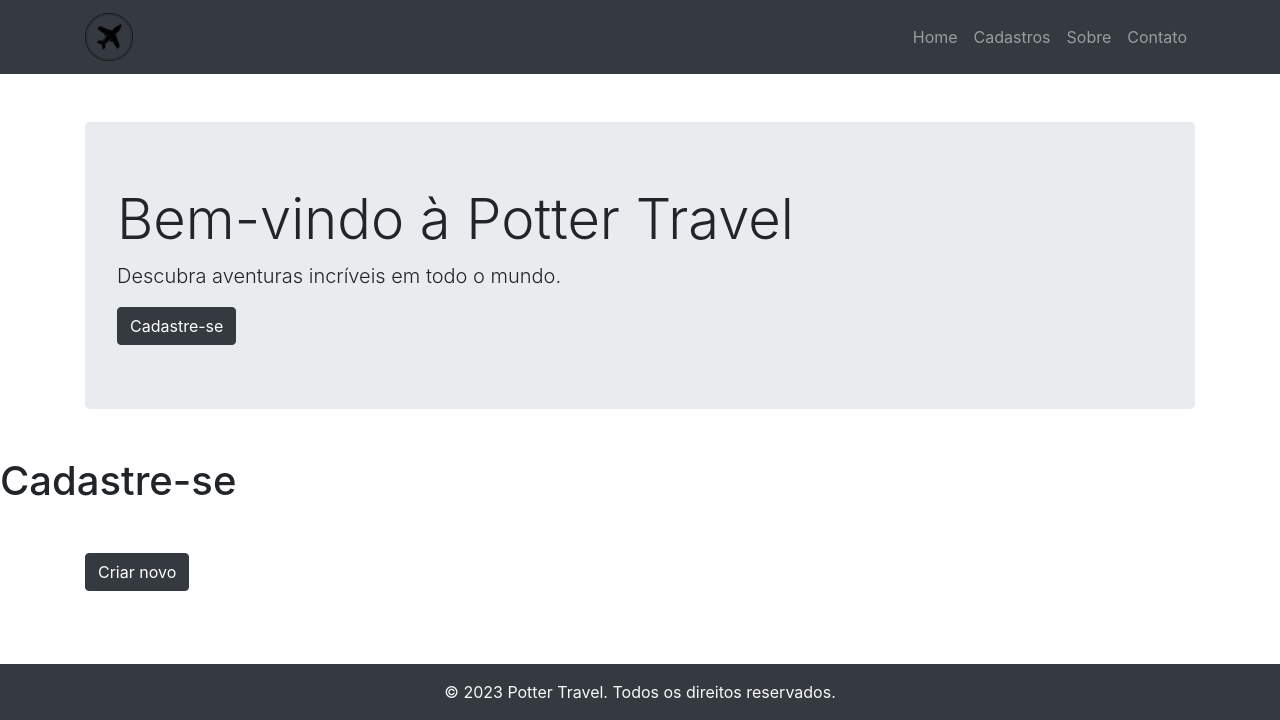
Repository: marcelledssantos/PotterTravel-MVC
Page: PotterTravel-MVC/src/main/webapp/index.html
The author's editor kept a copy of each file at every save. The page is drawn from the files as they stood at one save, then again after the next save.
The browser window is 1280 px wide. The pictures show the whole page.
Some web libraries are served in a nearby version.

Above is the page before, as saved 2023-11-02 18:04:08.

After the next save:
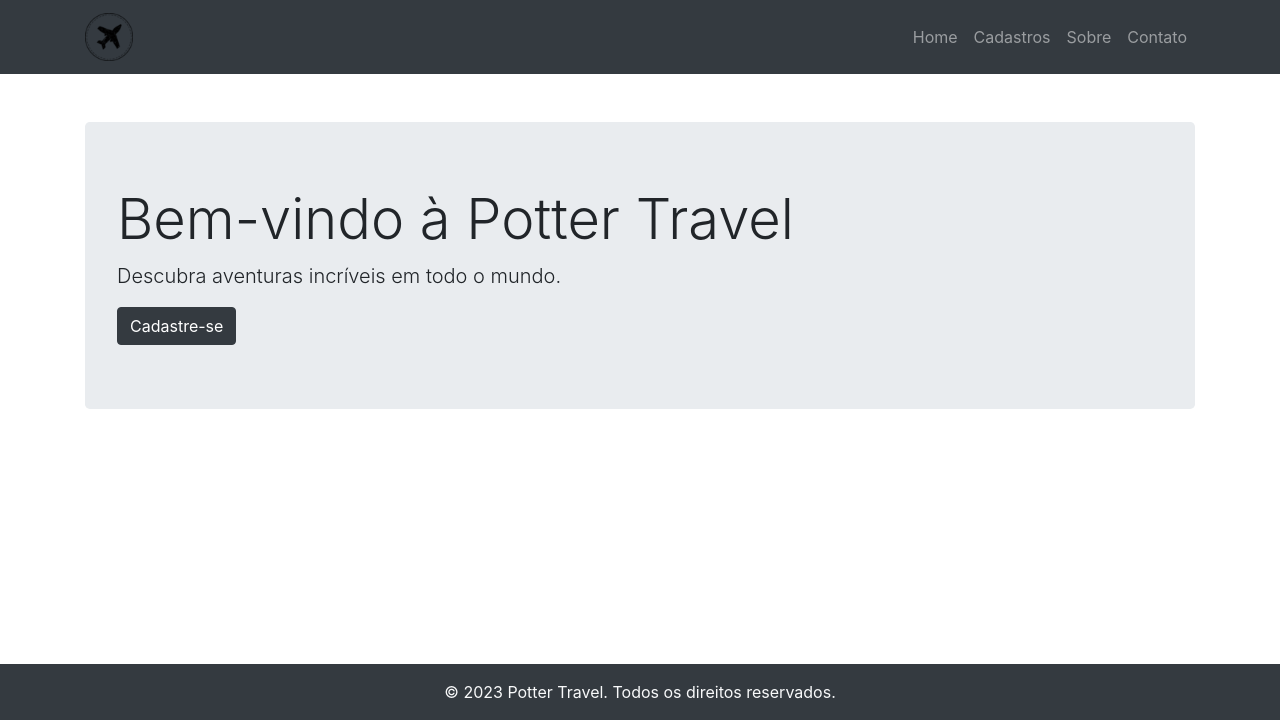
Saved 15 s later.
--- a/PotterTravel-MVC/src/main/webapp/index.html
+++ b/PotterTravel-MVC/src/main/webapp/index.html
@@ -45,11 +45,6 @@
             <a class="btn btn-primary btn- btn-dark" href="./cadastro.jsp" role="button">Cadastre-se</a>
         </div>
     </div>
-
-   <h1 class="mt-5">Cadastre-se</h1>
-	<div class="container mt-5">
-	<a href="./cadastro.jsp" class="btn btn-dark mb-5">Criar novo</a>
-
     <!-- Rodapé -->
     <footer class="bg-dark text-light text-center py-3 fixed-bottom">
         &copy; 2023 Potter Travel. Todos os direitos reservados.
